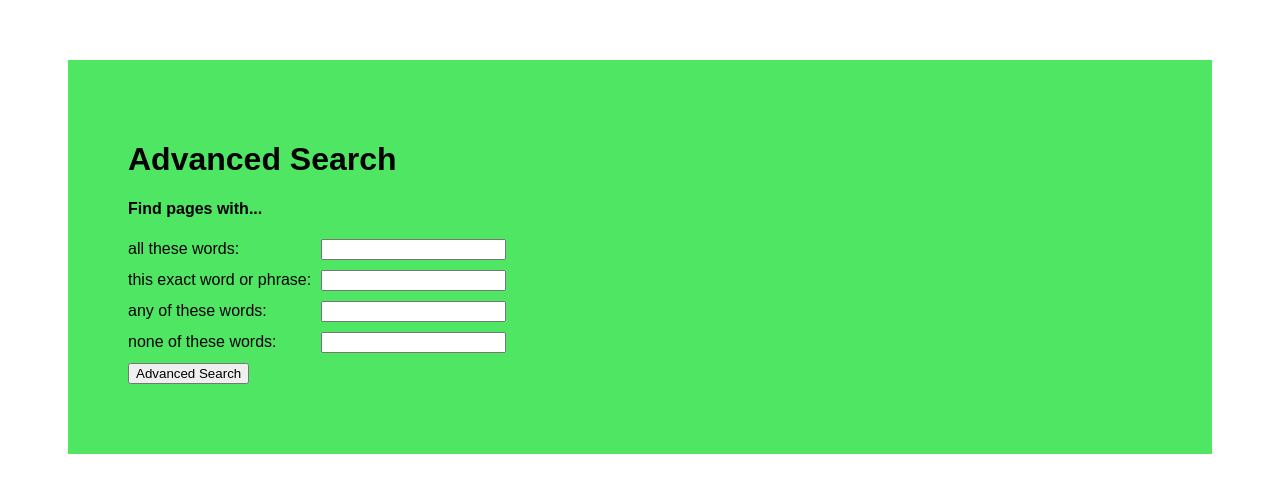
Repository: etentuk/search
Page: advanced_search.html
An editor plug-in stored every save of this project. The page is shown before and after the next save, followed by the edit.
The browser window is 1280 px wide. The pictures show the whole page.

Above is the page before, as saved 2021-11-04 21:46:28.

After the next save:
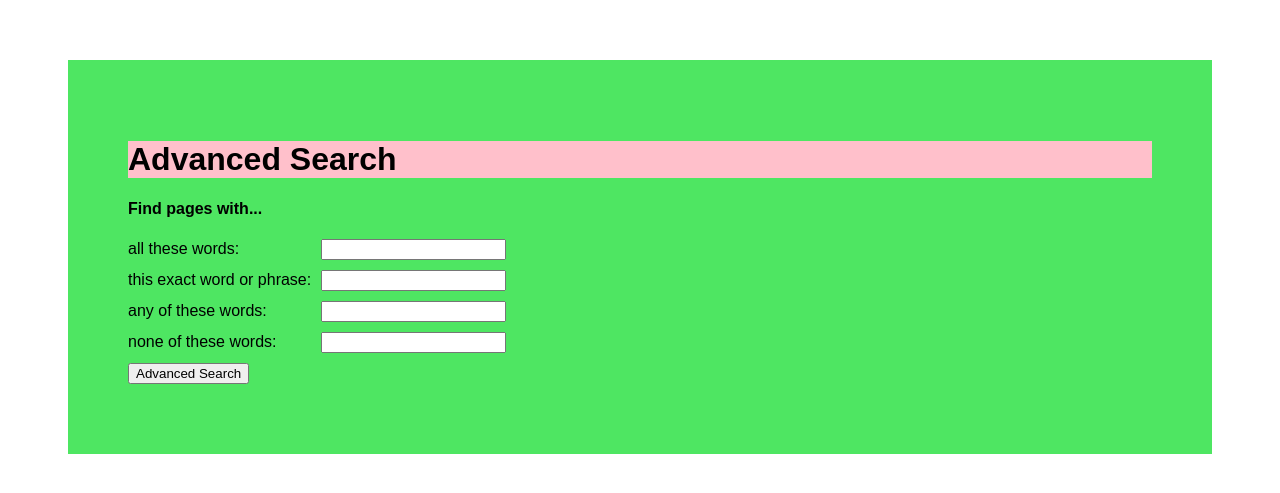
Saved 16 s later.
--- a/styles.css
+++ b/styles.css
@@ -26,5 +26,5 @@
 }
 
 header {
-  border-bottom: 3px;
+  background-color: pink;
 }

After the 5 saves that followed:
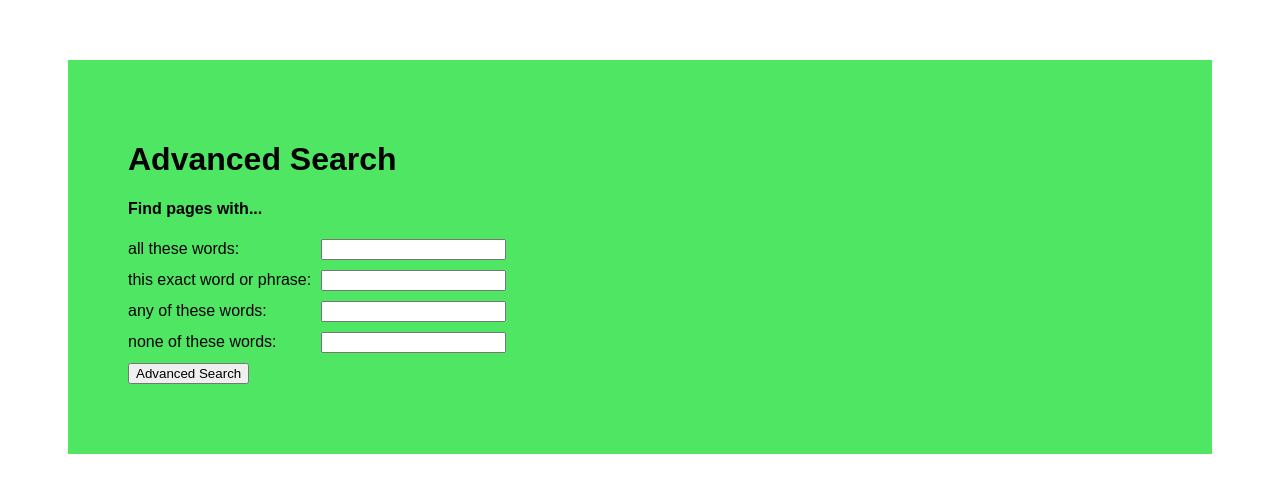
The 5 saves are shown as one change because 4 left the picture as it was.
The last was saved 48 s later.
--- a/styles.css
+++ b/styles.css
@@ -24,7 +24,3 @@
   padding: 60px;
   margin: 60px;
 }
-
-header {
-  background-color: pink;
-}
